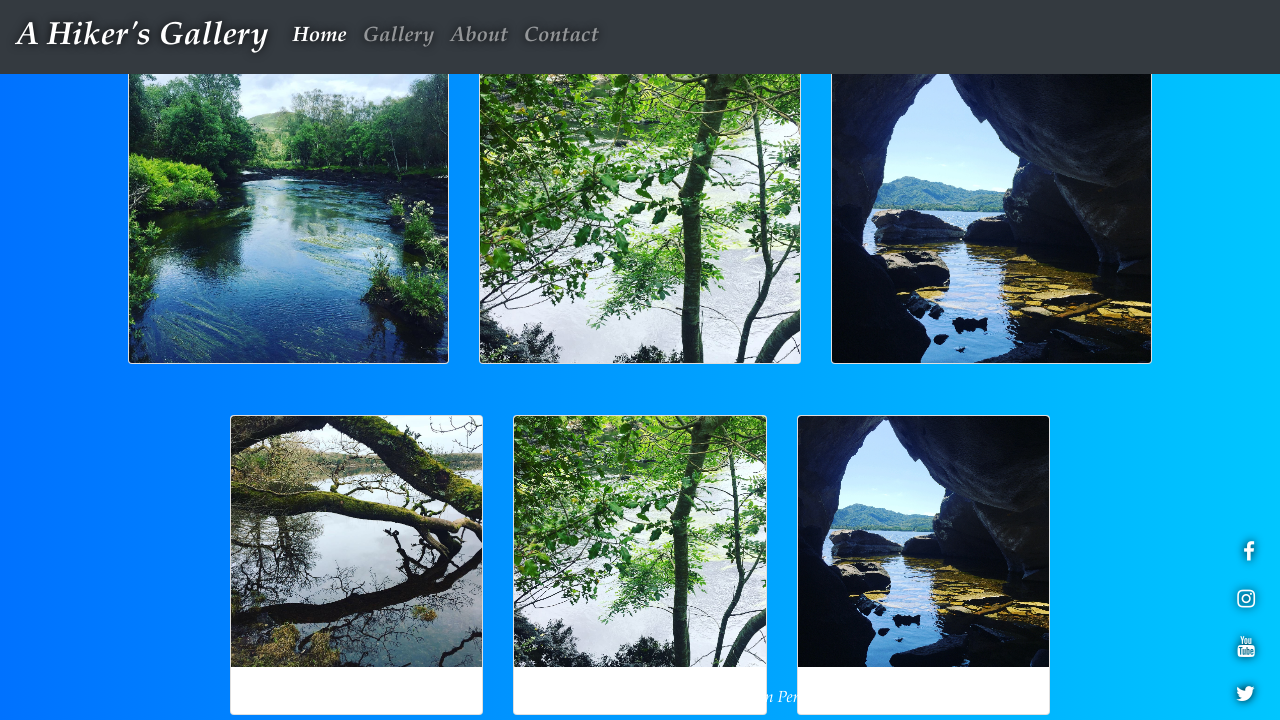
Repository: S-Perring/hiker
Page: gallery.html
The author's editor kept a record of every edit. The page is drawn from the files as they stood at one moment, then again after the next edit.
The browser window is 1280 px wide. The pictures show the whole page.
Some web fonts or font styles are not loaded; a fallback is used.

Above is the page before.

After the next edit:
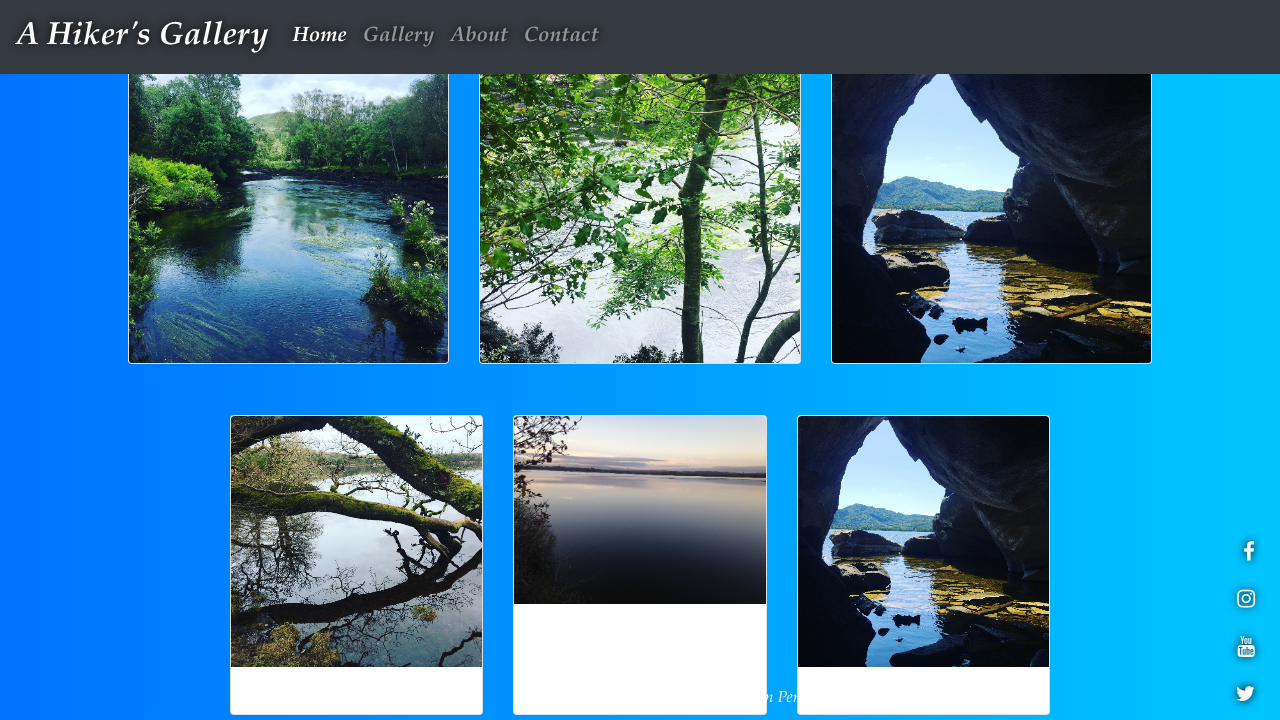
The edit:
--- a/gallery.html
+++ b/gallery.html
@@ -72,7 +72,7 @@
                         </div>
 
                     <div class="card">
-                        <img src="css/images/2.JPG" class="card-img-top"
+                        <img src="css/images/8.JPG" class="card-img-top"
                             alt="Cliffs by the sea at sunset with a bright moon">
                         </div>
 
